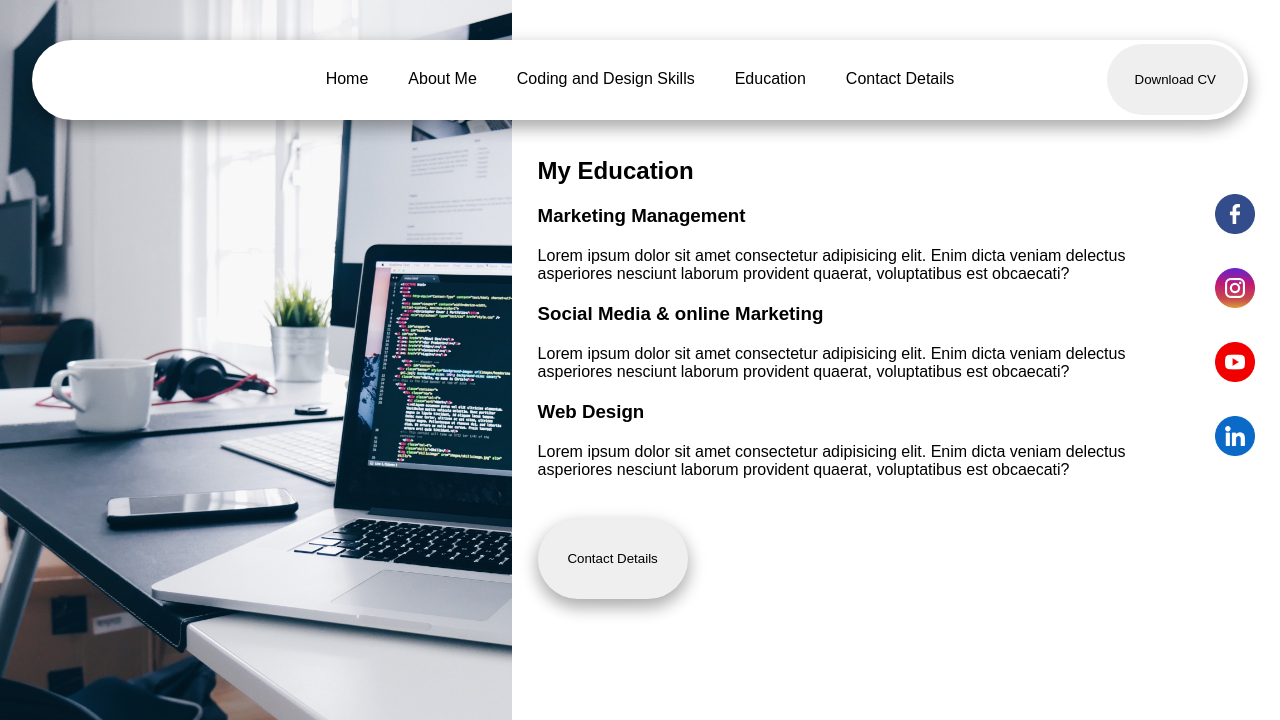
Repository: WesleyErasmus/MyDigitalResume-4
Page: education.html
An editor plug-in stored every save of this project. The page is shown before and after the next save, followed by the edit.
The browser window is 1280 px wide. The pictures show the whole page.

Above is the page before, as saved 2022-02-20 19:27:22.

### education.html
<!DOCTYPE html>
<html lang="en">
<head>
    <meta charset="UTF-8">
    <meta http-equiv="X-UA-Compatible" content="IE=edge">
    <meta name="viewport" content="width=device-width, initial-scale=1.0">
    <title>Wesley Erasmus Digital Resume 4 Project</title>
    <link rel="stylesheet" href="education.css">
</head>
<body>
    <body>
        <header class="nav-menu-top">
            <ul class="top-nav-menu-buttons">
                <li><a href="/index.html" target="">Home</a></li>
                <li><a href="/about.html" target="">About Me</a></li>
                <li><a href="/codingSkills.html" target="">Coding and Design Skills</a></li>
                <li><a href="/education.html" target="">Education</a></li>
                <li><a href="/contact.html" target="">Contact Details</a></li>
            </ul>
            <button id="download-cv">Download CV</button>
        </header>
        <aside class="self-portrait">
        </aside>
        <nav class="social-media-links">
            <ul class="social-media-links">
                <li><a href="https://www.facebook.com/codespaceza"><img src="/icons/facebook.png" alt="Facebook" width="40px" height="40px"></a></li>
                <li><a href="https://www.instagram.com/codespaceza/"><img src="icons/instagram.png" alt="Instagram" width="40px" height="40px"></a></li>
                <li><a href="https://www.youtube.com/channel/UCfmXJliguiwBv2QlRzWdrxA"><img src="icons/youtube.png" alt="YouTube" width="40px" height="40px"></a></li>
                <li><a href="https://www.linkedin.com/school/codespaceza/"><img src="icons/linkedin.png" alt="LinkedIn" width="40px" height="40px"></a></li>
            </ul>
            <!-- Here's a link  where you can find free icons : https://www.flaticon.com/premium-icon/twitter_4494477?related_id=4494465&origin=search -->
        </nav>
         <article>
             <h1 ID="title">My Education</h1>
            <div class="education">
                <h3>Marketing Management</h3>
                    <p>Lorem ipsum dolor sit amet consectetur adipisicing elit. Enim dicta veniam delectus asperiores nesciunt laborum provident quaerat, voluptatibus est obcaecati?</p>
                <h3>Social Media & online Marketing</h3>
                    <p>Lorem ipsum dolor sit amet consectetur adipisicing elit. Enim dicta veniam delectus asperiores nesciunt laborum provident quaerat, voluptatibus est obcaecati?</p>
                <h3>Web Design</h3>
                    <p>Lorem ipsum dolor sit amet consectetur adipisicing elit. Enim dicta veniam delectus asperiores nesciunt laborum provident quaerat, voluptatibus est obcaecati?</p>
            </div>
            <button class="next-page">
                <a href="/contact.html" target="">Contact Details</a>
            </button>
        </article>
    </body>
</body>
</html>

### education.css
* {
    font-family: Arial, Helvetica, sans-serif;
    margin: 0;
    padding: 0;
}
body {
    overflow:hidden;
}
header.nav-menu-top {
    position: relative;
    /* Positions explained in below link: https://developer.mozilla.org/en-US/docs/Web/CSS/position */
    text-align: center;
    margin: 0 auto;
    /* Margin: 0 auto can be used to center an object horizontally  */
    width: 95%;
    height: 80px;
    border-radius: 50px;
    margin-top: 40px;
    background-color: #fff;
    box-shadow: 0 8px 16px 0 rgba(0, 0, 0, 0.2), 0 6px 20px 0 rgba(0, 0, 0, 0.19);
}
ul.top-nav-menu-buttons{
    display: flex;
    justify-content: center;
    /* Positions explained in below link: https://css-tricks.com/snippets/css/a-guide-to-flexbox/ */
    padding: 30px;
}
.top-nav-menu-buttons li {
    margin: 0 20px 0 20px;
    list-style-type: none;
    text-align: center;
}
button#download-cv {
    position: relative;
    float: right;
    top: -74px;
    right: 4px;
    padding: 28px;
    border-radius: 50px;
    border: NONE;
}
aside.self-portrait {
    z-index: -1;
    /* z-index explained in below link:
     https://developer.mozilla.org/en-US/docs/Web/CSS/z-index */
    background-color: black;
    position: absolute;
    top: 0;
    left: 0;
    height: 100%;
    width: 40%;
    background-image: url(/backgroundImage/coding-2.jpg);
    background-repeat: no-repeat;
    background-size: cover;
}
nav.social-media-links {
    position: absolute;
    height: 390px;
    width: 50px;
    float: right;
    top: 20vh;
    right: 20px;
    border-radius: 0 15px 15px 0;
}
ul.social-media-links{
    padding: 50px 5px 5px 5px;
    text-align: center;
    display: flex;
    flex-direction: column;

}
.social-media-links li{
    margin-bottom: 30px;
    list-style-type: none;
}

article {
    width: 50%;
    left: 41%;
    position: absolute;
    height: 500px;
    top: 20vh;
    padding: 1%;
}
h1#title {
    margin-bottom: 20px;
}
.about-me p {
    color: gray;
}
.education h3 {
    margin: 20px 0 20px 0;
}
button.next-page {
    margin-top: 40px;
    width: 150px ;
    height: 80px ;
    border-radius: 50px;
    border: none;
    box-shadow: 0 8px 16px 0 rgba(0, 0, 0, 0.2), 0 6px 20px 0 rgba(0, 0, 0, 0.19);
}
a:link {
    color: black;
    text-decoration: none;
}
a:visited {
    color: black;
}
a:hover {
    color: gray;
}

After the next save:
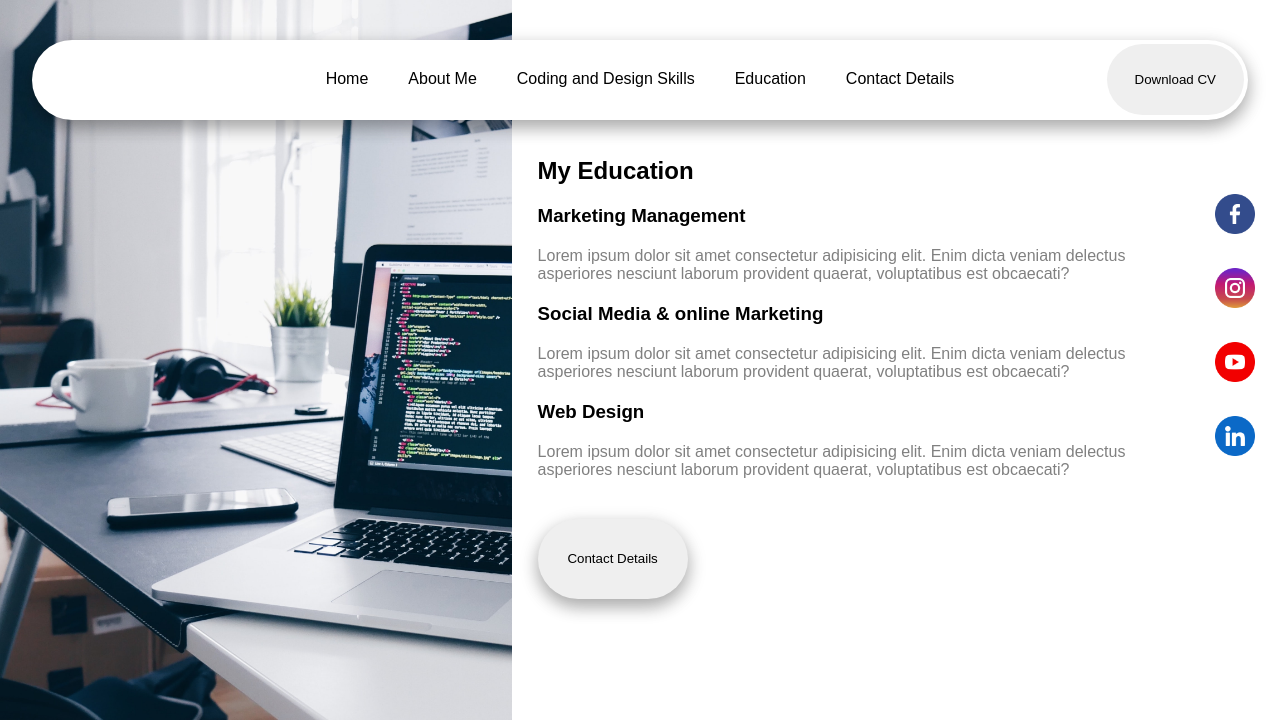
Saved 16 s later.
--- a/education.css
+++ b/education.css
@@ -85,7 +85,7 @@ article {
 h1#title {
     margin-bottom: 20px;
 }
-.about-me p {
+.education p {
     color: gray;
 }
 .education h3 {
